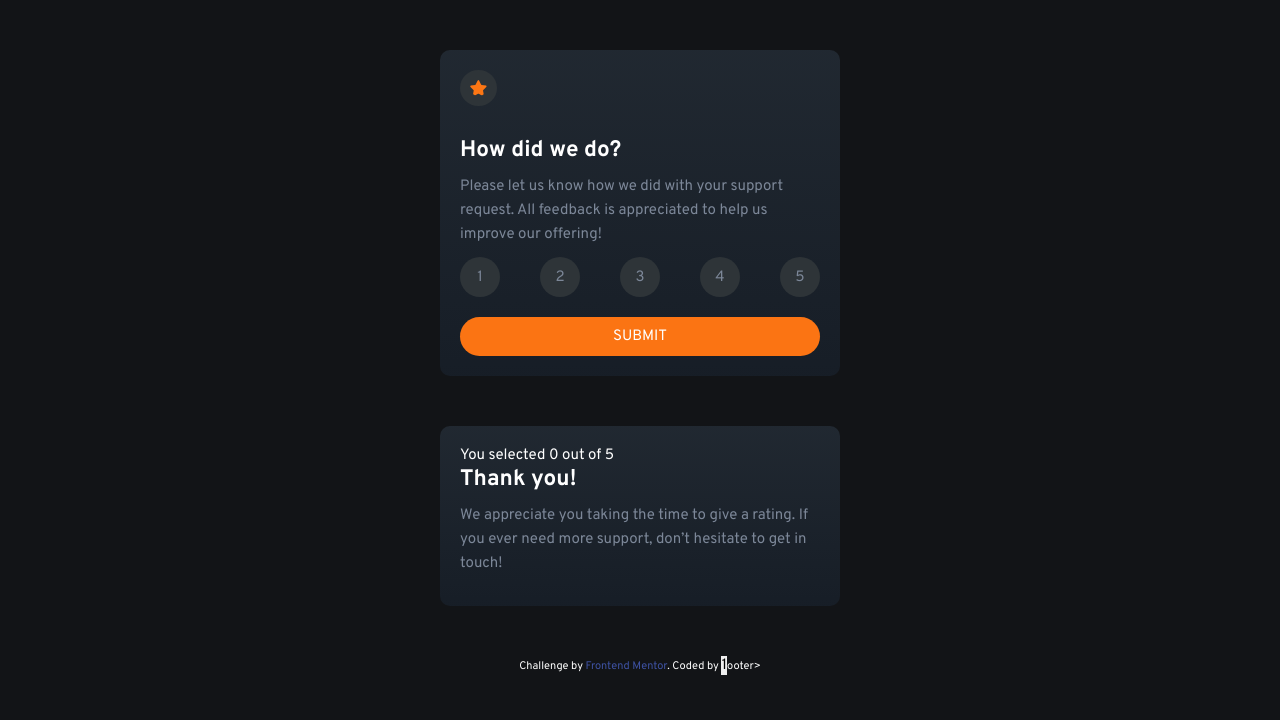
Repository: huynhnhutanhduy/interactive-rating-component
Page: index.html
These files come from the project's save history. The page is drawn as it stood at one moment and after the next save; the edit follows.
The browser window is 1280 px wide. The pictures show the whole page.

Above is the page before, as saved 2022-10-19 10:34:07.

After the next save:
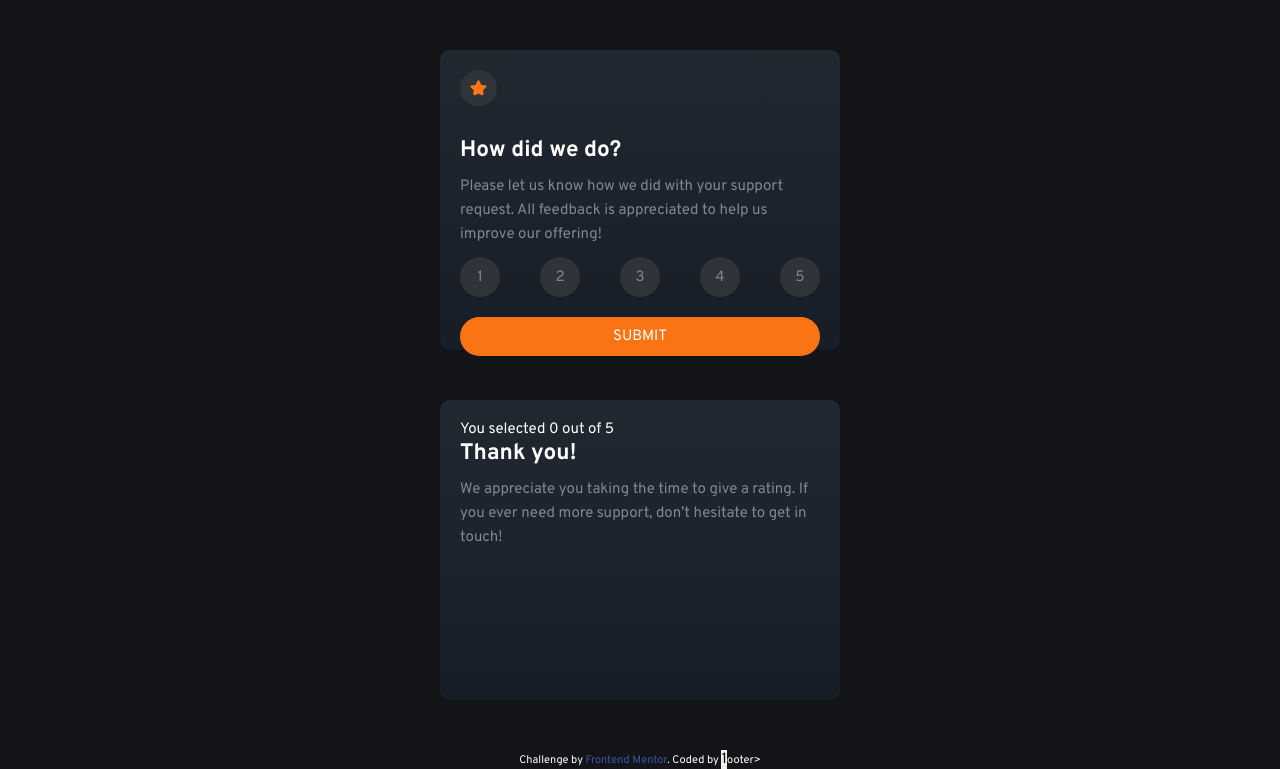
Saved 11 s later.
--- a/app.css
+++ b/app.css
@@ -52,6 +52,7 @@ button {
 
 .rating-container {
   max-width: 40rem;
+  height: 30rem;
   background-image: linear-gradient(to top, hsl(214, 26%, 12%), hsl(212, 20%, 16%));
   color: var(--white);
   padding: 2rem;
